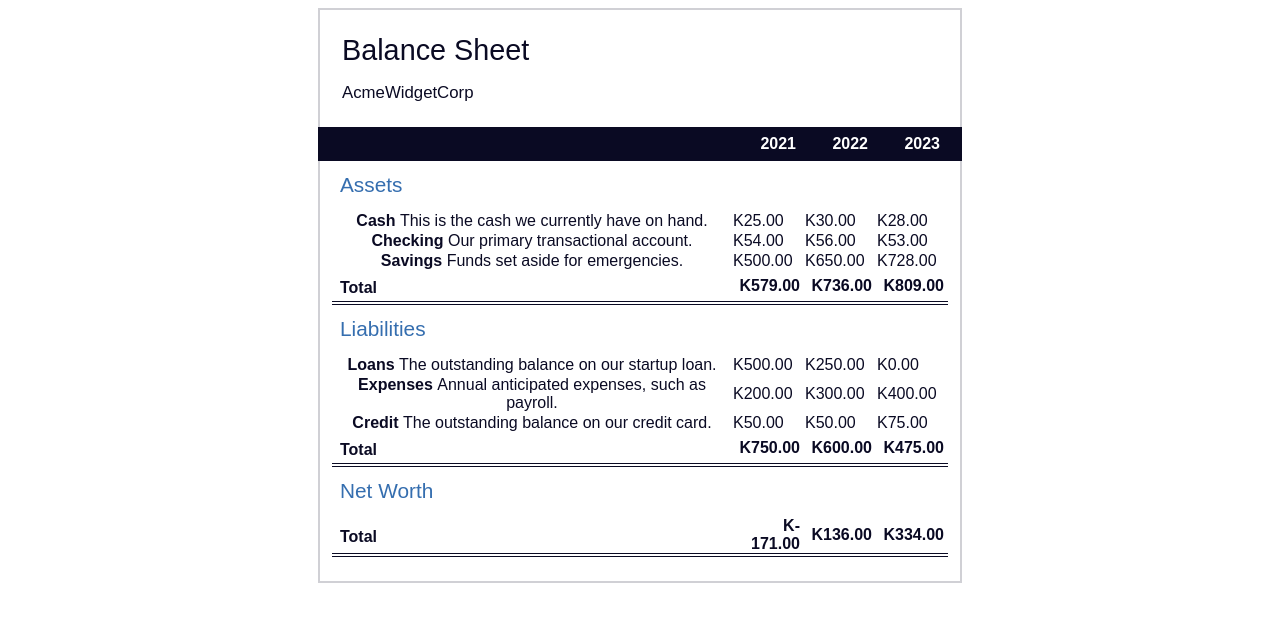
Repository: Lungdjos/balance_shee
Page: index.html
An editor plug-in stored every save of this project. The page is shown before and after the next save, followed by the edit.
The browser window is 1280 px wide. The pictures show the whole page.

Above is the page before, as saved 2023-11-04 23:17:48.

After the next save:
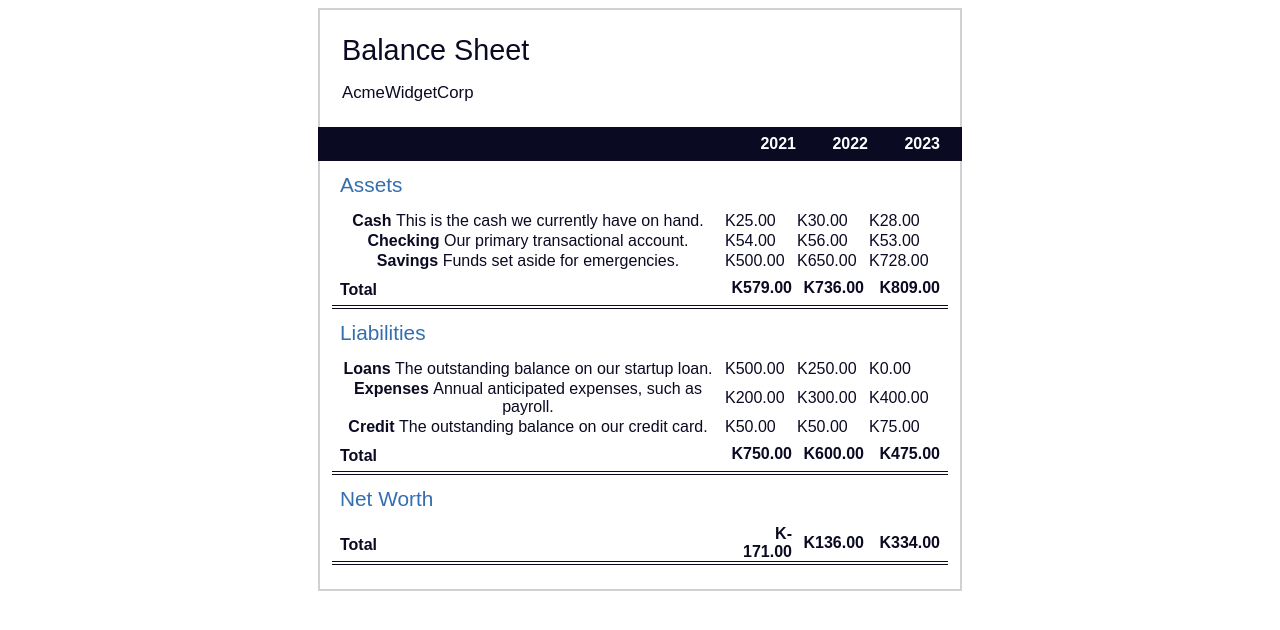
Saved 2 min 29 s later.
--- a/styles.css
+++ b/styles.css
@@ -117,3 +117,7 @@
         text-align: right;
         padding: 0 .25rem;
     }
+
+    tr.total td:nth-of-type(3) {
+        padding: .5rem;
+    }
